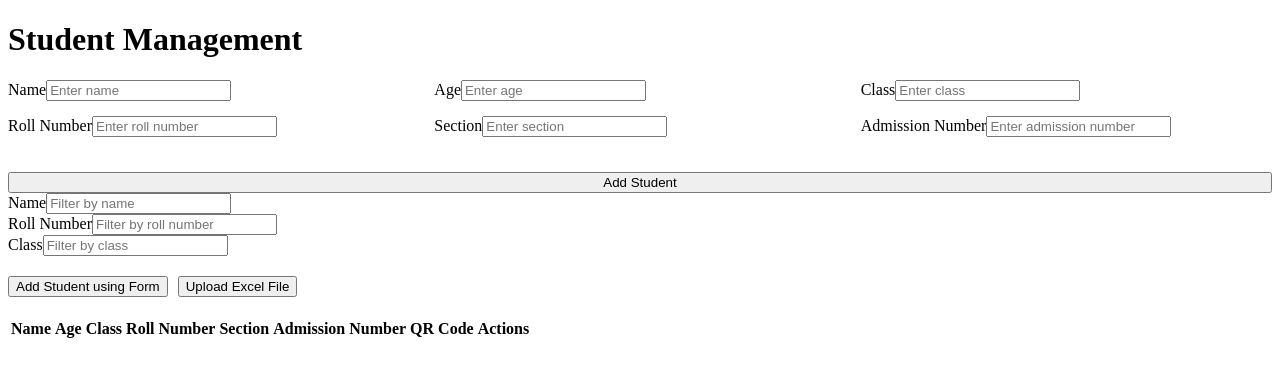
Repository: Hitesh8980/Student_Management
Page: / (app in Front-end/)
An editor plug-in stored every save of this project. The page is shown before and after the next save, followed by the edit.
The browser window is 1280 px wide. The pictures show the whole page.
The page's requests for data from a server got no answer. The project was rebuilt for these pictures with package versions that can differ from the ones it lists, and the page was loaded fresh each time. No one was signed in, and anything a server would have sent is missing. Also part of the build but not shown: Front-end/vite.config.js, Front-end/src/components/QrcodeGenerator.jsx, Front-end/src/components/Fileupload.jsx, Front-end/src/index.css.

Above is the page before, as saved 2024-09-18 08:35:20.

### Front-end/src/App.jsx
import React, { useState, useEffect } from 'react';
import axios from 'axios';
import StudentForm from './components/Studentform';
import StudentList from './components/Studentlist';

function App() {
  const [students, setStudents] = useState([]);

  useEffect(() => {
    fetchStudents();
  }, []);

  const fetchStudents = async () => {
    try {
      const response = await axios.get('http://localhost:5000/api/students');
      setStudents(response.data);
    } catch (error) {
      console.error('Error fetching students:', error);
    }
  };

  return (
    <div>
      <h1>Student Management</h1>
      {/* Student Form Component */}
      <StudentForm fetchStudents={fetchStudents} />
      {/* Student List Table */}
      <StudentList students={students} />
    </div>
  );
}

export default App;

### Front-end/src/components/Studentform.jsx
import React, { useState } from 'react';
import axios from 'axios';
import { Form, Button } from 'react-bootstrap';

function StudentForm({ fetchStudents }) {
  const [student, setStudent] = useState({
    name: '',
    age: '',
    class: '',
    rollNumber: '',
    section: '',
    admissionNumber: ''
  });

  const handleInputChange = (e) => {
    const { name, value } = e.target;
    setStudent((prev) => ({ ...prev, [name]: value }));
  };

  const handleSubmit = async (e) => {
    e.preventDefault();

    if (!student.admissionNumber || !student.name) {
      alert('Admission Number and Name are required.');
      return;
    }

    try {
      await axios.post('http://localhost:5000/api/students', {
        id: student.admissionNumber,
        data: student
      });
      setStudent({
        name: '',
        age: '',
        class: '',
        rollNumber: '',
        section: '',
        admissionNumber: ''
      });
      fetchStudents();
    } catch (error) {
      console.error('Error adding/updating student:', error);
    }
  };

  return (
    <Form onSubmit={handleSubmit} style={{ display: 'flex', flexWrap: 'wrap', gap: '15px', justifyContent: 'space-between' }}>
  <Form.Group controlId="formBasicName" style={{ flex: '1 1 30%' }}>
    <Form.Label>Name</Form.Label>
    <Form.Control
      type="text"
      placeholder="Enter name"
      name="name"
      value={student.name}
      onChange={handleInputChange}
    />
  </Form.Group>

  <Form.Group controlId="formBasicAge" style={{ flex: '1 1 30%' }}>
    <Form.Label>Age</Form.Label>
    <Form.Control
      type="number"
      placeholder="Enter age"
      name="age"
      value={student.age}
      onChange={handleInputChange}
    />
  </Form.Group>

  <Form.Group controlId="formBasicClass" style={{ flex: '1 1 30%' }}>
    <Form.Label>Class</Form.Label>
    <Form.Control
      type="text"
      placeholder="Enter class"
      name="class"
      value={student.class}
      onChange={handleInputChange}
    />
  </Form.Group>

  <Form.Group controlId="formBasicRollNumber" style={{ flex: '1 1 30%' }}>
    <Form.Label>Roll Number</Form.Label>
    <Form.Control
      type="text"
      placeholder="Enter roll number"
      name="rollNumber"
      value={student.rollNumber}
      onChange={handleInputChange}
    />
  </Form.Group>

  <Form.Group controlId="formBasicSection" style={{ flex: '1 1 30%' }}>
    <Form.Label>Section</Form.Label>
    <Form.Control
      type="text"
      placeholder="Enter section"
      name="section"
      value={student.section}
      onChange={handleInputChange}
    />
  </Form.Group>

  <Form.Group controlId="formBasicAdmissionNumber" style={{ flex: '1 1 30%' }}>
    <Form.Label>Admission Number</Form.Label>
    <Form.Control
      type="text"
      placeholder="Enter admission number"
      name="admissionNumber"
      value={student.admissionNumber}
      onChange={handleInputChange}
    />
  </Form.Group>

  <Button variant="primary" type="submit" style={{ width: '100%', marginTop: '20px' }}>
    Add Student
  </Button>
</Form>
  );
}

export default StudentForm;

### Front-end/src/components/Studentlist.jsx
import React, { useState, useEffect } from 'react';
import { Table, Button, Form, Collapse, Row, Col } from 'react-bootstrap';
import QRCodeGenerator from './QrcodeGenerator';
import StudentForm from './StudentForm';
import FileUpload from './Fileupload';
import axios from 'axios';
import '../index.css';

function StudentList() {
  const [students, setStudents] = useState([]);
  const [filteredStudents, setFilteredStudents] = useState([]);
  const [filters, setFilters] = useState({
    name: '',
    rollNumber: '',
    class: ''
  });

  const [showForm, setShowForm] = useState(false);
  const [showFileUpload, setShowFileUpload] = useState(false);

  useEffect(() => {
    fetchStudents();
  }, []);

  useEffect(() => {
    setFilteredStudents(students); // Ensure all students are displayed initially
    applyFilters();
  }, [students, filters]);

  const fetchStudents = async () => {
    try {
      const response = await axios.get('http://localhost:5000/api/students');
      console.log(response.data); // Check if the data is an array
      const studentData = Array.isArray(response.data) ? response.data : [];
      setStudents(studentData);
      setFilteredStudents(studentData); // Update filteredStudents initially with all students
    } catch (error) {
      console.error('Error fetching students:', error);
    }
  };


  const handleFilterChange = (e) => {
    const { name, value } = e.target;
    setFilters((prev) => ({ ...prev, [name]: value }));
  };

  const applyFilters = () => {
    if (!Array.isArray(students)) return;

    const { name, rollNumber, class: studentClass } = filters;

    const filtered = students.filter((student) => {
      return (
        (name === '' || student.name?.toLowerCase().includes(name.toLowerCase())) &&
        (rollNumber === '' || student.rollNumber?.toLowerCase().includes(rollNumber.toLowerCase())) &&
        (studentClass === '' || student.class?.toLowerCase().includes(studentClass.toLowerCase()))
      );
    });

    setFilteredStudents(filtered);
  };

  const handleDelete = async (id) => {
    try {
      await axios.delete(`http://localhost:5000/api/students/${id}`);
      fetchStudents();
    } catch (error) {
      console.error('Error deleting student:', error);
    }
  };

  const toggleForm = () => setShowForm((prev) => !prev);
  const toggleFileUpload = () => setShowFileUpload((prev) => !prev);

  return (
    <div className="table-container">
      {/* Filter Form */}
      <Form className="filter-form">
        <Row>
          <Col md={4}>
            <Form.Group controlId="filterName">
              <Form.Label>Name</Form.Label>
              <Form.Control
                type="text"
                placeholder="Filter by name"
                name="name"
                value={filters.name}
                onChange={handleFilterChange}
              />
            </Form.Group>
          </Col>
          <Col md={4}>
            <Form.Group controlId="filterRollNumber">
              <Form.Label>Roll Number</Form.Label>
              <Form.Control
                type="text"
                placeholder="Filter by roll number"
                name="rollNumber"
                value={filters.rollNumber}
                onChange={handleFilterChange}
              />
            </Form.Group>
          </Col>
          <Col md={4}>
            <Form.Group controlId="filterClass">
              <Form.Label>Class</Form.Label>
              <Form.Control
                type="text"
                placeholder="Filter by class"
                name="class"
                value={filters.class}
                onChange={handleFilterChange}
              />
            </Form.Group>
          </Col>
        </Row>
      </Form>

      {/* Buttons to toggle forms */}
      <div className="button-group" style={{ margin: '20px 0' }}>
        <Button variant="primary" onClick={toggleForm}>
          Add Student using Form
        </Button>
        <Button variant="secondary" onClick={toggleFileUpload} style={{ marginLeft: '10px' }}>
          Upload Excel File
        </Button>
      </div>

      {/* Conditionally rendering the Student Form */}
      {showForm && (
        <Collapse in={showForm}>
          <div>
            <StudentForm fetchStudents={fetchStudents} />
          </div>
        </Collapse>
      )}

      {/* Conditionally rendering the File Upload Form */}
      {showFileUpload && (
        <Collapse in={showFileUpload}>
          <div>
            <FileUpload fetchStudents={fetchStudents} />
          </div>
        </Collapse>
      )}

      {/* Student Table */}
      <Table striped bordered hover responsive className="student-table">
        <thead>
          <tr>
            <th>Name</th>
            <th>Age</th>
            <th>Class</th>
            <th>Roll Number</th>
            <th>Section</th>
            <th>Admission Number</th>
            <th>QR Code</th>
            <th>Actions</th>
          </tr>
        </thead>
        <tbody>
          {filteredStudents.map((student) => (
            <tr key={student.admissionNumber}>
              <td>{student.name}</td>
              <td>{student.age}</td>
              <td>{student.class}</td>
              <td>{student.rollNumber}</td>
              <td>{student.section}</td>
              <td>{student.admissionNumber}</td>
              <td>
                <QRCodeGenerator value={student.admissionNumber} />
              </td>
              <td>
                <Button
                  variant="danger"
                  onClick={() => handleDelete(student.admissionNumber)}
                >
                  Delete
                </Button>
              </td>
            </tr>
          ))}
        </tbody>
      </Table>
    </div>
  );
}

export default StudentList;

Loaded but not shown: Front-end/index.html (common file); Front-end/src/main.jsx (common file)

After the next save:
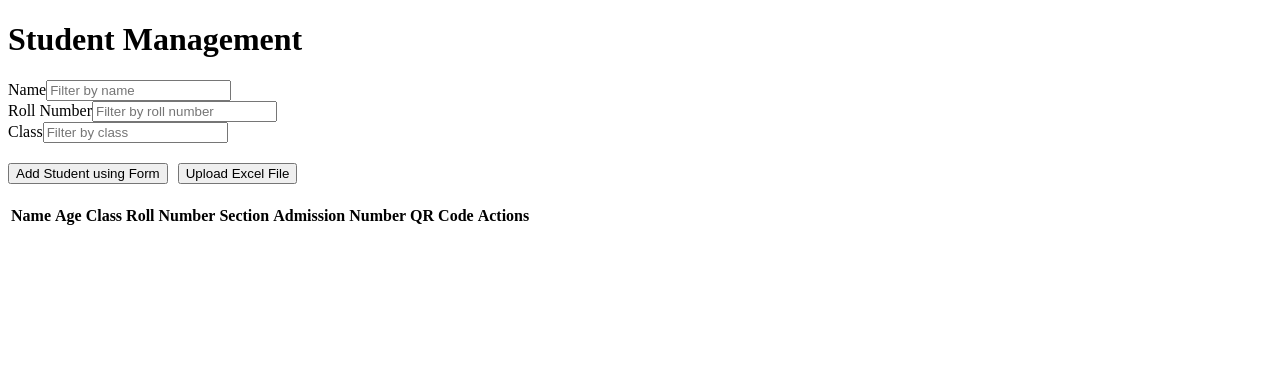
Saved 7 s later.
--- a/Front-end/src/App.jsx
+++ b/Front-end/src/App.jsx
@@ -22,8 +22,7 @@ function App() {
   return (
     <div>
       <h1>Student Management</h1>
-      {/* Student Form Component */}
-      <StudentForm fetchStudents={fetchStudents} />
+
       {/* Student List Table */}
       <StudentList students={students} />
     </div>
